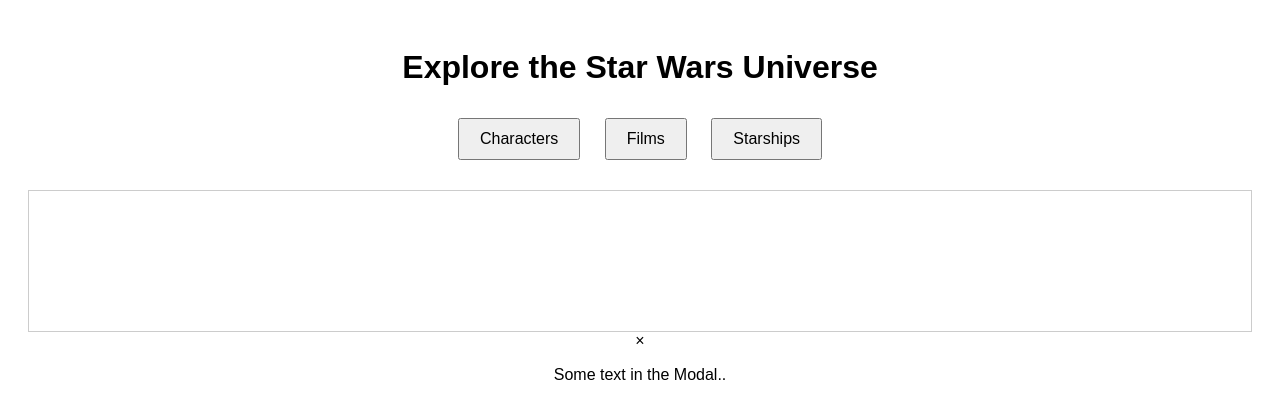
Repository: Next-Chapter-Precourse/starwars-universe
Page: index.html
The author's editor kept a copy of each file at every save. The page is drawn from the files as they stood at one save, then again after the next save.
The browser window is 1280 px wide. The pictures show the whole page.

Above is the page before, as saved 2024-05-16 21:36:50.

### index.html
<!DOCTYPE html>
<html lang="en">
<head>
    <meta charset="UTF-8">
    <title>Star Wars Data Explorer</title>
    <link rel="stylesheet" href="styles.css">
</head>
<body>
    <h1>Explore the Star Wars Universe</h1>
    <div class="buttons">
        <button id="fetchCharacters">Characters</button>
        <button id="films">Films</button>
        <button id="starships">Starships</button>
    </div>
    <div id="dataDisplay"></div>

    <div id="myModal" class="modal">
      <div class="modal-content">
        <span class="close">&times;</span>
        <p id="modalText">Some text in the Modal..</p>
      </div>
    </div>

    <script src="app.js"></script>
</body>
</html>

### styles.css
body {
    font-family: Arial, sans-serif;
    text-align: center;
    padding: 20px;
}

.buttons button {
    margin: 10px;
    padding: 10px 20px;
    font-size: 16px;
    cursor: pointer;
}

#dataDisplay {
    margin-top: 20px;
    padding: 20px;
    border: 1px solid #ccc;
    min-height: 100px;
}

### app.js
// Grab each button and add click event.
// When clicked the fetchData should be called to retrieve the data for that specific category.
document.getElementById("fetchCharacters").addEventListener("click", function () {
  fetchData("people");
});

document.getElementById("films").addEventListener("click", function () {
  fetchData("films");
});

document.getElementById("starships").addEventListener("click", function () {
  fetchData("starships");
});

async function fetchData(category) {
  const baseUrl = "https://swapi.dev/api/";
  const url = `${baseUrl}${category}/`;

  try {
    const response = await fetch(url);

    if (!response.ok) {
      throw new Error("Network response was not ok");
    }

    const data = await response.json();
    displayData(data.results, category);
  } catch (error) {
    console.error("Fetch failed:", error);
    document.getElementById("dataDisplay").innerText = "Failed to load data";
  }
}

async function displayData(data, category) {
  const display = document.getElementById("dataDisplay");
  display.innerHTML = ""; // Clear previous data

  for (const item of data) {
    const card = document.createElement("div");
    card.className = "card";

    const cardBody = document.createElement("div");
    cardBody.className = "card-body";

    const title = document.createElement("h5");
    title.className = "card-title";
    title.textContent = item.name || item.title;
    cardBody.appendChild(title);

    const details = document.createElement("p");
    details.className = "card-text";
    if (category === "people") {
      let filmTitles = await Promise.all(item.films.map(async (url) => {
        const response = await fetch(url);
        const film = await response.json();
        return film.title;
      }));
      details.textContent = `Name: ${item.name}, Birth Year: ${item.birth_year}, Gender: ${item.gender}, Height: ${item.height}, Films: ${filmTitles.join(', ')}`;
    } else if (category === "films") {
      details.textContent = `Director: ${item.director}, Release Date: ${item.release_date}`;
    } else if (category === "starships") {
      details.textContent = `Model: ${item.model}, Manufacturer: ${item.manufacturer}`;
    }
    cardBody.appendChild(details);

    const learnMore = document.createElement("button");
    learnMore.textContent = "Learn More";
    learnMore.addEventListener("click", function () {
      showModal(item);
    });
    cardBody.appendChild(learnMore);

    card.appendChild(cardBody);
    display.appendChild(card);
  }
}

var modal = document.getElementById("myModal");
var span = document.getElementsByClassName("close")[0];

span.onclick = function() {
  modal.style.display = "none";
}

window.onclick = function(event) {
  if (event.target == modal) {
    modal.style.display = "none";
  }
}

function showModal(item) {
  document.getElementById("modalText").textContent = JSON.stringify(item, null, 2);
  modal.style.display = "block";
}

After the next save:
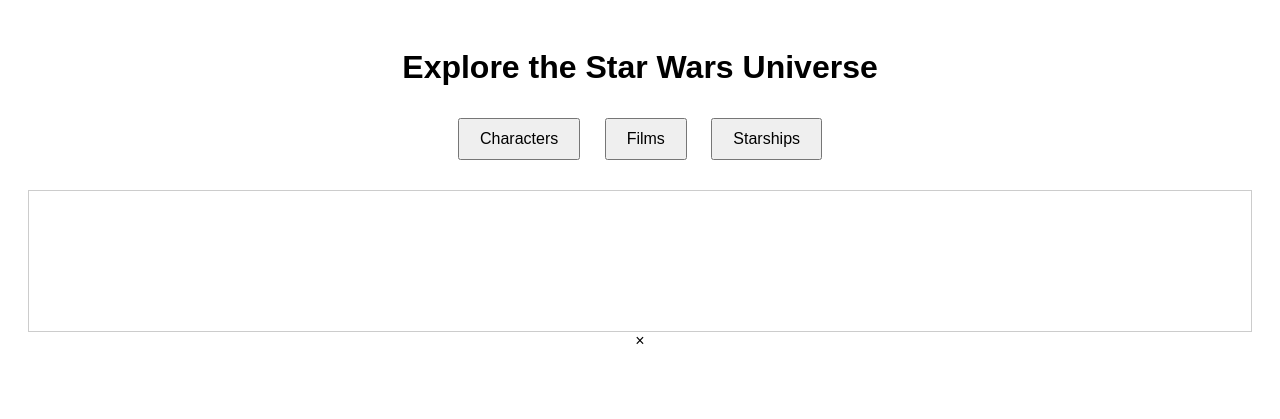
Saved 2 min 58 s later.
--- a/index.html
+++ b/index.html
@@ -22,5 +22,8 @@
     </div>
 
     <script src="app.js"></script>
+    <script>
+        document.getElementById("modalText").textContent = "";
+    </script>
 </body>
 </html>
